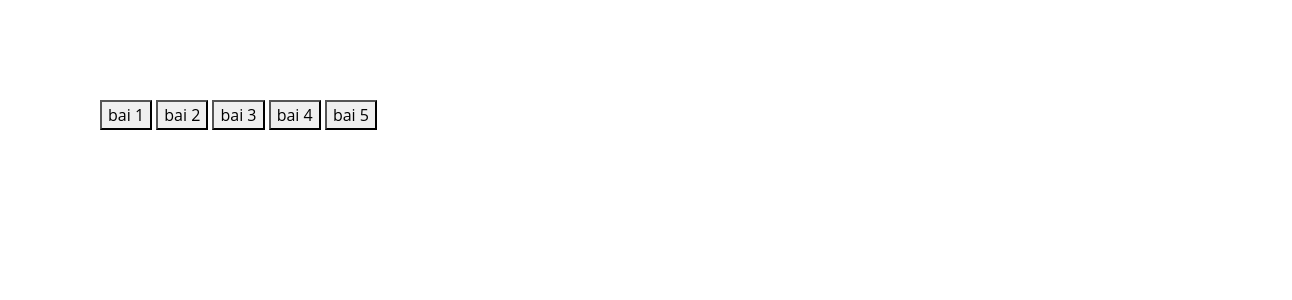
Repository: thanhp6868/ltWeb
Page: 1110/2/full.html
These files come from the project's save history. The page is drawn as it stood at one moment and after the next save; the edit follows.
The browser window is 1280 px wide. The page is 1280 px wide, then 1292 px, so the pictures cover 1292 px, including what lies to the right of the window. The pictures show the whole page.

Above is the page before, as saved 2023-10-11 15:45:28.

### 1110/2/full.html
<!DOCTYPE html>
<html lang="en">

<head>
    <meta charset="UTF-8">
    <link href="https://cdn.jsdelivr.net/npm/bootstrap@5.2.3/dist/css/bootstrap.min.css" rel="stylesheet"
        integrity="sha384-rbsA2VBKQhggwzxH7pPCaAqO46MgnOM80zW1RWuH61DGLwZJEdK2Kadq2F9CUG65" crossorigin="anonymous">
    <meta name="viewport" content="width=device-width, initial-scale=1.0">
    <link rel="stylesheet" type="text/css" href="style.css">
    <script type="text/javascript" src="../2/js/baitap.js"></script>
    <title>5 bai</title>
</head>

<body style="margin: 100px;">
    <button onclick="bai1()">bai 1</button>
    <button onclick="bai1()">bai 2</button>
    <button onclick="bai1()">bai 3</button>
    <button onclick="bai1()">bai 4</button>
    <button onclick="bai1()">bai 5</button>
    <div class="row">

        <!-- <header id="header">
            <div class="">

                <nav id="navbar" class="navbar">
                    <ul>
                        <li><a class="nav-link scrollto active" href="#bai1" onclick="bai1()">Bai 1</a></li>
                        <li><a class="nav-link scrollto" href="#bai2">Bai 2</a></li>
                        <li><a class="nav-link scrollto" href="#bai3">Bai 3</a></li>
                        <li><a class="nav-link scrollto" href="#bai4">Bai 4</a></li>
                        <li><a class="nav-link scrollto" href="#bai5">Bai 5</a></li>

                    </ul>
                </nav>

            </div> -->


</body>

</html>

### 1110/2/style.css
body {
    font-family: "Open Sans", sans-serif;
    background: #ffff;
    color: black;
  }

  h1 {
    text-align: center;
    color: red;
    font-size: 70px;
}
h2 {
  text-align: center;
  color: black;
  font-size: 30px;
}
  a {
    color: black;
    text-decoration: none;
  }

  a:hover {
    color: black;
    text-decoration: none;
  }

  .navbar {
      margin: 0;
  }
  .navbar ul {
    margin: 0;
    padding: 0;
    display: flex;
    list-style: none;
    align-items: center;
  }

  .navbar li {
    position: relative;
  }

  .navbar a,
  .navbar a:focus {
    display: flex;
    align-items: center;
    padding: 10px 0 10px 30px;
    color: black;
    font-size: 20px;
  }


  .navbar a:hover,
  .navbar .active,
  .navbar .active:focus,
  .navbar li:hover>a {
    color: black;
  }

  .navbar .product ul {
    display: block;
    position: absolute;
    left: 14px;
    margin: 0;
    padding: 10px 0;
    z-index: 99;
    visibility: hidden;
    background: #fff;
    box-shadow: 0px 0px 30px rgba(127, 137, 161, 0.25);
    border-radius: 4px;
  }

  .navbar .product ul li {
    min-width: 200px;
  }

  .navbar .product ul a {
    padding: 10px 20px;
    color: #444444;
  }

  .navbar .product ul a i {
    font-size: 12px;
  }

  .navbar .product ul a:hover,
  .navbar .product ul .active:hover,
  .navbar .product ul li:hover>a {
    color: #cda45e;
  }

  .navbar .product:hover>ul {
    opacity: 1;
    top: 100%;
    visibility: visible;
  }

### 1110/2/js/baitap.js
function bai1() {
    var x = prompt("Please enter the first number: ", "");
    var y = prompt("Please enter the second number: ", "");
    if(x%y == 0)
    alert("Chia het");
    else alert("Khong chia het");
}

After the next save:
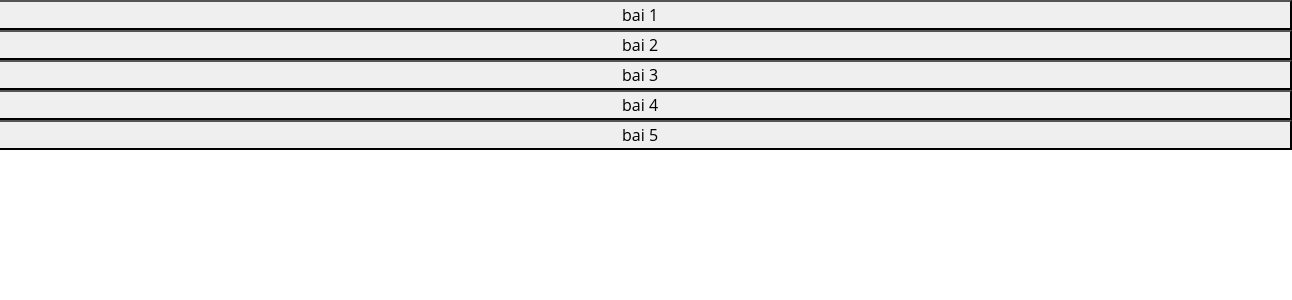
Saved 17 s later.
--- a/1110/2/full.html
+++ b/1110/2/full.html
@@ -11,14 +11,14 @@
     <title>5 bai</title>
 </head>
 
-<body style="margin: 100px;">
-    <button onclick="bai1()">bai 1</button>
+<body>
+
+    <div class="row">
+  <button onclick="bai1()">bai 1</button>
     <button onclick="bai1()">bai 2</button>
     <button onclick="bai1()">bai 3</button>
     <button onclick="bai1()">bai 4</button>
     <button onclick="bai1()">bai 5</button>
-    <div class="row">
-
         <!-- <header id="header">
             <div class="">
 
